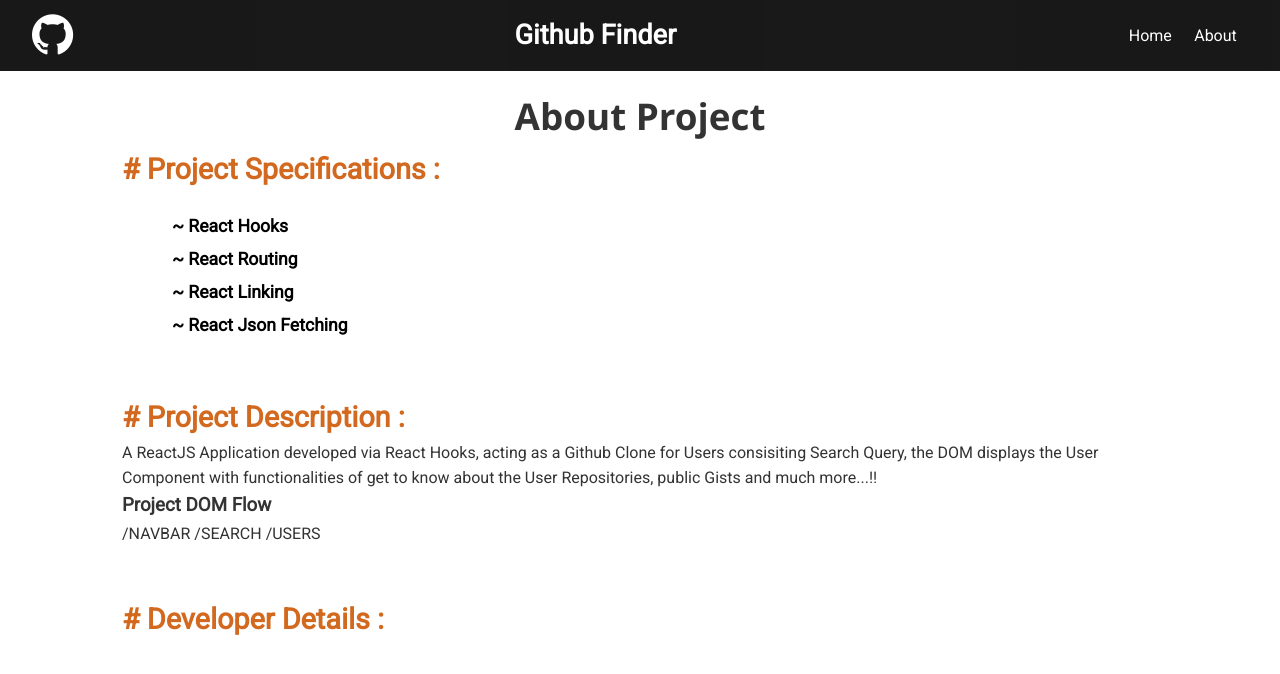
Repository: hemantsaini-7/ReactHooks-GitHub-Clone
Page: /about
These files come from the project's save history. The page is drawn as it stood at one moment and after a run of saves; the edit follows.
The browser window is 1280 px wide. The pictures show the whole page.
The project was rebuilt for these pictures with package versions that can differ from the ones it lists, and the page was loaded fresh each time. Also part of the build but not shown: src/components/users/UserItem.js, src/components/layout/Spinner.js, src/components/users/Users.js, src/components/repos/RepoItem.js, src/components/repos/Repos.js, src/components/users/User.js, src/components/users/Search.js, src/components/layout/Alert.js.

Above is the page before, as saved 2020-08-06 10:24:18.

### public/index.html
<!DOCTYPE html>
<html lang="en">
  <head>
    <meta charset="utf-8" />
    <link rel="icon" href="%PUBLIC_URL%/favicon.ico" />
    <meta name="viewport" content="width=device-width, initial-scale=1" />
    <meta name="theme-color" content="#000000" />
    <meta
      name="description"
      content="Web site created using create-react-app"
    />
    <link rel="apple-touch-icon" href="%PUBLIC_URL%/logo192.png" />

    <link rel="manifest" href="%PUBLIC_URL%/manifest.json" />
    <link
      rel="stylesheet"
      href="https://stackpath.bootstrapcdn.com/font-awesome/4.7.0/css/font-awesome.min.css"
    />
    <title>React App</title>
  </head>
  <body>
    <noscript>You need to enable JavaScript to run this app.</noscript>
    <div id="root"></div>
  </body>
</html>

### src/App.js
import React, { Fragment, useState } from "react";
import "./App.css";
import { BrowserRouter as Router, Switch, Route } from "react-router-dom";
import Navbar from "./components/layout/Navbar";
import Users from "./components/users/Users";
import User from "./components/users/User";
import Search from "./components/users/Search";
import Alert from "./components/layout/Alert";
import About from "./components/pages/About";
import axios from "axios";
const App = () => {
  const [users, setUsers] = useState([]);
  const [user, setUser] = useState({});
  const [repos, setRepos] = useState([]);
  const [loading, setLoading] = useState(false);
  const [alert, setAlert] = useState(null);

  const searchUsers = async (text) => {
    //this.setState({ loading: true });
    setLoading(true);
    const res = await axios.get(
      `https://api.github.com/search/users?q=${text}&cliend_id=${process.env.REACT_APP_GITHUB_CLIENT_ID}&client_secret=${process.env.REACT_APP_GITHUB_CLIENT_SECRET}`
    );
    setUsers(res.data.items);
    setLoading(false);
  };

  const clearUsers = () => {
    setUsers([]);
    setLoading(false);
  };

  const showAlert = (msg, type) => {
    //this.setState({ alert: { msg, type } });
    setAlert({ msg, type });
    setTimeout(() => setAlert(null), 5000);
  };

  const getUser = async (username) => {
    setLoading(true);
    const res = await axios.get(
      `https://api.github.com/users/${username}?cliend_id=${process.env.REACT_APP_GITHUB_CLIENT_ID}&client_secret=${process.env.REACT_APP_GITHUB_CLIENT_SECRET}`
    );
    setUser(res.data);
    setLoading(false);
  };

  const getUserRepos = async (username) => {
    setLoading(true);
    const res = await axios.get(
      `https://api.github.com/users/${username}/repos?per_page=5&sort=created:asc&cliend_id=${process.env.REACT_APP_GITHUB_CLIENT_ID}&client_secret=${process.env.REACT_APP_GITHUB_CLIENT_SECRET}`
    );
    setRepos(res.data);
    setLoading(false);
  };

  return (
    <Router>
      <div className='App'>
        <Navbar title='Github Finder' />
        <div className='container'>
          <Alert alert={alert} />
          <Switch>
            <Route
              exact
              path='/'
              render={(props) => (
                <Fragment>
                  <Search
                    searchUsers={searchUsers}
                    clearUsers={clearUsers}
                    showClear={users.length > 0 ? true : false}
                    setAlert={showAlert}
                  />
                  <Users users={users} loading={loading} />
                </Fragment>
              )}
            />
            <Route exact path='/about' component={About} />
            <Route
              exact
              path='/user/:login'
              render={(props) => (
                <User
                  {...props}
                  getUser={getUser}
                  getUserRepos={getUserRepos}
                  repos={repos}
                  user={user}
                  loading={loading}
                />
              )}
            />
          </Switch>
        </div>
      </div>
    </Router>
  );
};

export default App;

### src/App.css
@import url("https://fonts.googleapis.com/css?family=Roboto");

/* Global Styles */
:root {
  --primary-color: #dc3545;
  --dark-color: #333333;
  --light-color: #f4f4f4;
  --danger-color: #dc3545;
  --success-color: #28a745;
}

* {
  box-sizing: border-box;
  margin: 0;
  padding: 0;
}

body {
  font-family: "Roboto", sans-serif;
  font-size: 1rem;
  line-height: 1.6;
  background-color: #fff;
  color: #333;
}

a {
  color: var(--primary-color);
  text-decoration: none;
}

a:hover {
  color: #666;
}

ul {
  list-style: none;
}

img {
  width: 100%;
}

/* Utilities */
.container {
  max-width: 1100px;
  margin: auto;
  overflow: hidden;
  padding: 0 2rem;
}

/* Text Styles*/
.x-large {
  font-size: 4rem;
  line-height: 1.2;
  margin-bottom: 1rem;
}

.large {
  font-size: 3rem;
  line-height: 1.2;
  margin-bottom: 1rem;
}

.lead {
  font-size: 1.5rem;
  margin-bottom: 1rem;
}

.text-center {
  text-align: center;
}

.text-primary {
  color: var(--primary-color);
}

.text-dark {
  color: var(--dark-color);
}

.text-success {
  color: var(--success-color);
}

.text-danger {
  color: var(--danger-color);
}

.text-center {
  text-align: center;
}

.text-right {
  text-align: right;
}

.text-left {
  text-align: left;
}

/* Center All */
.all-center {
  display: flex;
  flex-direction: column;
  width: 100%;
  margin: auto;
  justify-content: center;
  align-items: center;
  text-align: center;
}

/* Cards */
.card {
  padding: 1rem;
  border: #ccc 1px dotted;
  margin: 0.7rem 0;
}

/* List */
.list {
  margin: 0.5rem 0;
}

.list li {
  padding-bottom: 0.3rem;
}

/* Padding */
.p {
  padding: 0.5rem;
}
.p-1 {
  padding: 1rem;
}
.p-2 {
  padding: 2rem;
}
.p-3 {
  padding: 3rem;
}
.py {
  padding: 0.5rem 0;
}
.py-1 {
  padding: 1rem 0;
}
.py-2 {
  padding: 2rem 0;
}
.py-3 {
  padding: 3rem 0;
}

/* Margin */
.m {
  margin: 0.5rem;
}
.m-1 {
  margin: 1rem;
}
.m-2 {
  margin: 2rem;
}
.m-3 {
  margin: 3rem;
}
.my {
  margin: 0.5rem 0;
}
.my-1 {
  margin: 1rem 0;
}
.my-2 {
  margin: 2rem 0;
}
.my-3 {
  margin: 3rem 0;
}

/* Grid */
.grid-2 {
  display: grid;
  grid-template-columns: repeat(2, 1fr);
  grid-gap: 1rem;
}

.grid-3 {
  display: grid;
  grid-template-columns: repeat(3, 1fr);
  grid-gap: 1rem;
}

.grid-4 {
  display: grid;
  grid-template-columns: repeat(4, 1fr);
  grid-gap: 1rem;
}

.btn {
  display: inline-block;
  background: var(--light-color);
  color: #333;
  padding: 0.4rem 1.3rem;
  font-size: 1rem;
  border: none;
  cursor: pointer;
  margin-right: 0.5rem;
  transition: opacity 0.2s ease-in;
  outline: none;
}

.btn-link {
  background: none;
  padding: 0;
  margin: 0;
}

.btn-block {
  display: block;
  width: 100%;
}

.btn-sm {
  font-size: 0.8rem;
  padding: 0.3rem 1rem;
  margin-right: 0.2rem;
}

.badge {
  display: inline-block;
  font-size: 0.8rem;
  padding: 0.2rem 0.7rem;
  text-align: center;
  margin: 0.3rem;
  background: var(--light-color);
  color: #333;
  border-radius: 5px;
}

.alert {
  padding: 0.7rem;
  margin: 1rem 0;
  opacity: 0.9;
  background: var(--light-color);
  color: #333;
}

.btn-primary,
.bg-primary,
.badge-primary,
.alert-primary {
  background: var(--primary-color);
  color: #fff;
}

.btn-light,
.bg-light,
.badge-light,
.alert-light {
  background: var(--light-color);
  color: #333;
}

.btn-dark,
.bg-dark,
.badge-dark,
.alert-dark {
  background: var(--dark-color);
  color: #fff;
}

.btn-danger,
.bg-danger,
.badge-danger,
.alert-danger {
  background: var(--danger-color);
  color: #fff;
}

.btn-success,
.bg-success,
.badge-success,
.alert-success {
  background: var(--success-color);
  color: #fff;
}

.btn-white,
.bg-white,
.badge-white,
.alert-white {
  background: #fff;
  color: #333;
  border: #ccc solid 1px;
}

.btn:hover {
  opacity: 0.8;
}

.bg-light,
.badge-light {
  border: #ccc solid 1px;
}

.round-img {
  border-radius: 50%;
}

/* Forms */
input {
  margin: 1.2rem 0;
}

.form-text {
  display: block;
  margin-top: 0.3rem;
  color: #888;
}

input[type="text"],
input[type="email"],
input[type="password"],
input[type="date"],
select,
textarea {
  display: block;
  width: 100%;
  padding: 0.4rem;
  font-size: 1.2rem;
  border: 1px solid #ccc;
}

input[type="submit"],
button {
  font: inherit;
}

table th,
table td {
  padding: 1rem;
  text-align: left;
}

table th {
  background: var(--light-color);
}

/* Navbar */
.navbar {
  display: flex;
  justify-content: space-between;
  align-items: center;
  padding: 0.7rem 2rem;
  z-index: 1;
  width: 100%;
  opacity: 0.9;
  margin-bottom: 1rem;
}

.navbar ul {
  display: flex;
}

.navbar a {
  color: #fff;
  padding: 0.45rem;
  margin: 0 0.25rem;
}

.navbar a:hover {
  color: var(--light-color);
}

.navbar .welcome span {
  margin-right: 0.6rem;
}
.bg-black {
  background: #000;
  color: #fff;
}
.nav-head {
  font-size: 1.7rem;
  /* margin-left: 100px; */
}
.s-field {
  border-radius: 10px;
  box-shadow: inset 0px 0px 10px #ccc;
}
.s-field:focus {
  outline: none;
}
.about-head {
  text-align: center;
  font-weight: bold;
  font-size: 2.3rem;
  font-family: "Segoe UI", Tahoma, Geneva, Verdana, sans-serif;
}
.content-div {
  margin-bottom: 50px;
}
.content-head {
  font-weight: bold;
  font-size: 1.8rem;
  color: chocolate;
}
.list {
  margin: 20px 50px;
}
.list-item {
  color: #000;
  font-weight: bold;
  font-size: 1.1rem;
}
/* Mobile Styles */
@media (max-width: 700px) {
  .hide-sm {
    display: none;
  }

  .grid-2,
  .grid-3,
  .grid-4 {
    grid-template-columns: 1fr;
  }

  /* Text Styles */
  .x-large {
    font-size: 3rem;
  }

  .large {
    font-size: 2rem;
  }

  .lead {
    font-size: 1rem;
  }

  /* Navbar */
  .navbar {
    display: block;
    text-align: center;
  }

  .navbar ul {
    text-align: center;
    justify-content: center;
  }
}

### src/components/layout/Navbar.js
import React from "react";
import { Link } from "react-router-dom";
function Navbar(props) {
  return (
    <nav className='navbar bg-black '>
      <span>
        <i className='fa fa-github fa-3x'></i>
      </span>
      <h3 className='nav-head'>{props.title}</h3>
      <ul>
        <li>
          <Link to='/'>Home</Link>
        </li>
        <li>
          <Link to='/about'>About</Link>
        </li>
      </ul>
    </nav>
  );
}

export default Navbar;

### src/components/pages/About.js
import React from "react";

const About = () => {
  return (
    <div className='about-div'>
      <h1 className='about-head'>About Project</h1>
      <div className='content-div'>
        <h1 className='content-head'># Project Specifications :</h1>
        <ul className='list'>
          <li className='list-item'>~ React Hooks</li>
          <li className='list-item'>~ React Routing</li>
          <li className='list-item'>~ React Linking</li>
          <li className='list-item'>~ React Json Fetching</li>
        </ul>
      </div>
      <div className='content-div'>
        <h1 className='content-head'># Project Description :</h1>
        <p className='content-para'>
          A ReactJS Application developed via React Hooks, acting as a Github
          Clone for Users consisiting Search Query, the DOM displays the User
          Component with functionalities of get to know about the User
          Repositories, public Gists and much more...!!
        </p>
        <h3>Project DOM Flow</h3>
        <p>/NAVBAR /SEARCH /USERS</p>
      </div>
      <div className='content-div'>
        <h1 className='content-head'># Developer Details :</h1>
      </div>
    </div>
  );
};
export default About;

Loaded but not shown: src/index.js (common file)

After the next 2 saves:
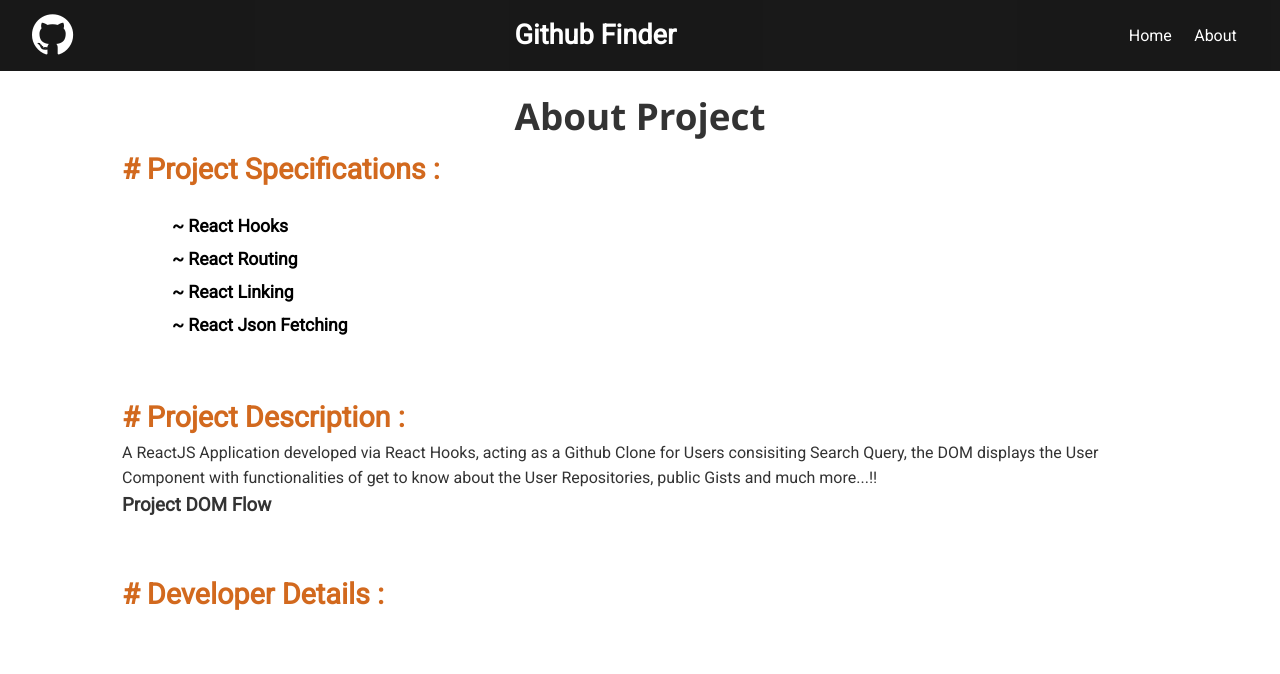
The 2 saves are shown as one change because they came seconds apart.
The last was saved 21 s later.
--- a/src/components/pages/About.js
+++ b/src/components/pages/About.js
@@ -22,7 +22,6 @@
           Repositories, public Gists and much more...!!
         </p>
         <h3>Project DOM Flow</h3>
-        <p>/NAVBAR /SEARCH /USERS</p>
       </div>
       <div className='content-div'>
         <h1 className='content-head'># Developer Details :</h1>
